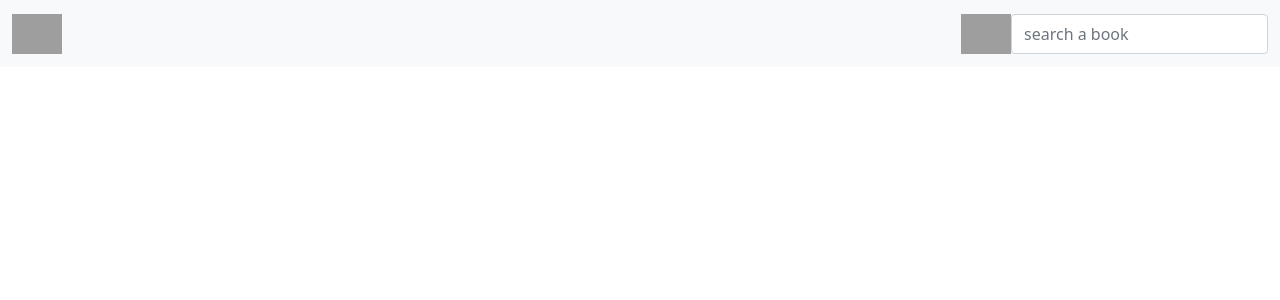
Repository: dilaraozdem1r/BooksApp
Page: /
These files come from the project's save history. The page is drawn as it stood at one moment and after the next save; the edit follows.
The browser window is 1280 px wide. The pictures show the whole page.
Pictures or frames that could not be fetched are drawn as grey boxes. The page's requests for data from a server got no answer. The project was rebuilt for these pictures with package versions that can differ from the ones it lists, and the page was loaded fresh each time. No one was signed in, and anything a server would have sent is missing. Also part of the build but not shown: src/Components/AddBook.js.

Above is the page before, as saved 2021-08-24 17:54:17.

### public/index.html
<!DOCTYPE html>
<html lang="en">
  <head>
    <meta charset="utf-8" />
    <link rel="icon" href="%PUBLIC_URL%/favicon.ico" />
    <meta name="viewport" content="width=device-width, initial-scale=1" />
    <meta name="theme-color" content="#000000" />
    <meta
      name="description"
      content="Web site created using create-react-app"
    />
    <link rel="apple-touch-icon" href="%PUBLIC_URL%/logo192.png" />
    <!--
      manifest.json provides metadata used when your web app is installed on a
      user's mobile device or desktop. See https://developers.google.com/web/fundamentals/web-app-manifest/
    -->
    <link rel="manifest" href="%PUBLIC_URL%/manifest.json" />
    <!--
      Notice the use of %PUBLIC_URL% in the tags above.
      It will be replaced with the URL of the `public` folder during the build.
      Only files inside the `public` folder can be referenced from the HTML.

      Unlike "/favicon.ico" or "favicon.ico", "%PUBLIC_URL%/favicon.ico" will
      work correctly both with client-side routing and a non-root public URL.
      Learn how to configure a non-root public URL by running `npm run build`.
    -->
    <link href="https://cdn.jsdelivr.net/npm/bootstrap@5.0.2/dist/css/bootstrap.min.css" rel="stylesheet" integrity="sha384-EVSTQN3/azprG1Anm3QDgpJLIm9Nao0Yz1ztcQTwFspd3yD65VohhpuuCOmLASjC" crossorigin="anonymous">
    <title>Books App</title>
  </head>
  <body>
    <noscript>You need to enable JavaScript to run this app.</noscript>
    <div id="root"></div>
    <!--
      This HTML file is a template.
      If you open it directly in the browser, you will see an empty page.

      You can add webfonts, meta tags, or analytics to this file.
      The build step will place the bundled scripts into the <body> tag.

      To begin the development, run `npm start` or `yarn start`.
      To create a production bundle, use `npm run build` or `yarn build`.
    -->
    <script src="https://cdn.jsdelivr.net/npm/bootstrap@5.0.2/dist/js/bootstrap.bundle.min.js" integrity="sha384-MrcW6ZMFYlzcLA8Nl+NtUVF0sA7MsXsP1UyJoMp4YLEuNSfAP+JcXn/tWtIaxVXM" crossorigin="anonymous"></script>
  </body>
</html>

### src/index.js
import React from 'react'
import ReactDOM from 'react-dom'
import App from './Components/App'

ReactDOM.render(
    <App />,
    document.getElementById('root')

);

### src/Components/App.js
import React from 'react'
import { BrowserRouter as Router, Switch, Route, Link } from "react-router-dom";
import Books from './BookList';
import axios from 'axios'
import SearchBar from './SearchBar'
import AddBook from './AddBook';

class App extends React.Component {
  state = {
    books: [],
    searchQuery: ""
  }

  async componentDidMount() {
    this.getBooks();

  }
  async getBooks() {
    const response = await axios.get(" http://localhost:3004/books");

    this.setState({ books: response.data })

  }
  searchMovie = (event) => {
    this.setState({
      searchQuery: event.target.value
    })

  }

  addBook =async (book)=>{
    await axios.post("http://localhost:3000/addBook/",book)
    this.setState(state=>({
      books:state.books.concat([book])
    }))
    this.getBooks();
  }


  render() {

    let filteredBooks = this.state.books.filter(
      (book) => {
        return book.name.toLowerCase().indexOf(this.state.searchQuery.toLowerCase()) !== -1
      }
    ).sort((a, b) => {
      return a.id < b.id ? 1 : a.id > b.id ? -1 : 0;
    });



    return (
      <Router>
        <Switch>
          <Route path="/" exact render={() => (
            <React.Fragment>
              <div>
                <nav className="navbar navbar-light bg-light">
                  <div className="container-fluid">
                    <a class="navbar-brand">
                      <img src="https://encrypted-tbn0.gstatic.com/images?q=tbn:ANd9GcRZ-o86obF-UTdLqsqqiUM6O82URx7R52fXlw&usqp=CAU" alt="" width="50" height="40" class="d-inline-block align-text-top" />
                    </a>

                    <SearchBar search={this.searchMovie} />

                  </div>
                </nav>
              </div>
              <div>
                <Books books={filteredBooks} />
              </div>

            </React.Fragment>)}>
          </Route>
          <Route path="/add" exact render={()=>(
            <React.Fragment>

            <AddBook/>
            </React.Fragment>)}>


          </Route>

        </Switch>
      </Router>
    );
  }
}
export default App;

### src/Components/BookList.js
import React from 'react';



const Books = (props) => {

    const truncateOverview =(string, maxLength) =>{
        if(!string) return null;
        if(string.length < maxLength ) return string;
        return `${string.substring(0,maxLength)}...`
    }


    return (

        //<div className='row'>
<div className="row row-cols-1 row-cols-md-3 g-4">


            {props.books.map((book) => (


                <div className='col ' key={book.id} >

                    <div className='card' style={{width:"80%", height:"60%"}}>
                        <img src={book.imageURL} className="card-img-top" alt="sample image" />
                        <div className="card-body">
                            <h5 className="card-title">{book.name}</h5>
                            <p className="card-text"> {truncateOverview(book.overview,100)}</p>

                            <h2><span class="badge rounded-pill bg-secondary">{book.author}</span></h2>
                        </div>
                    </div>
                </div>


            ))}

        </div>


    )



}

export default Books;

### src/Components/SearchBar.js
import React from 'react';
import { Link } from 'react-router-dom';

class SearchBar extends React.Component{

    render(){
        return(

            <div>
                <form className="d-flex">
                <img src="https://e7.pngegg.com/pngimages/152/157/png-clipart-stitched-co-computer-icons-magnifying-glass-search-icon-miscellaneous-logo-thumbnail.png" alt="" width="50" height="40" class="d-inline-block align-text-top"/>
            <input className="form-control me-50"  type="text" placeholder="search a book" aria-label="Search" onChange={this.props.search}/>


         </form>
         </div>

        )
    }
}
export default SearchBar;

After the next save:
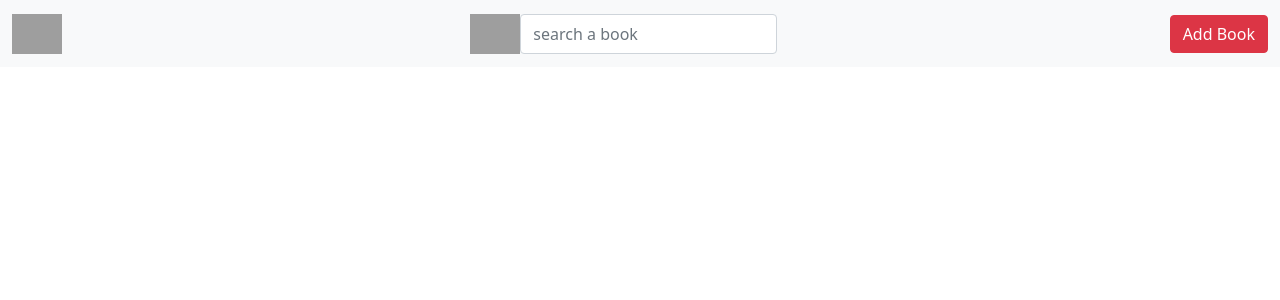
Saved 87 s later.
--- a/src/Components/App.js
+++ b/src/Components/App.js
@@ -62,6 +62,12 @@ class App extends React.Component {
                     </a>
 
                     <SearchBar search={this.searchMovie} />
+                    <Link
+                            to="/add"
+                            type="button"
+                            className="btn btn-danger"
+                            style={{ float: 'right' }}
+                        >Add Book</Link>
 
                   </div>
                 </nav>
